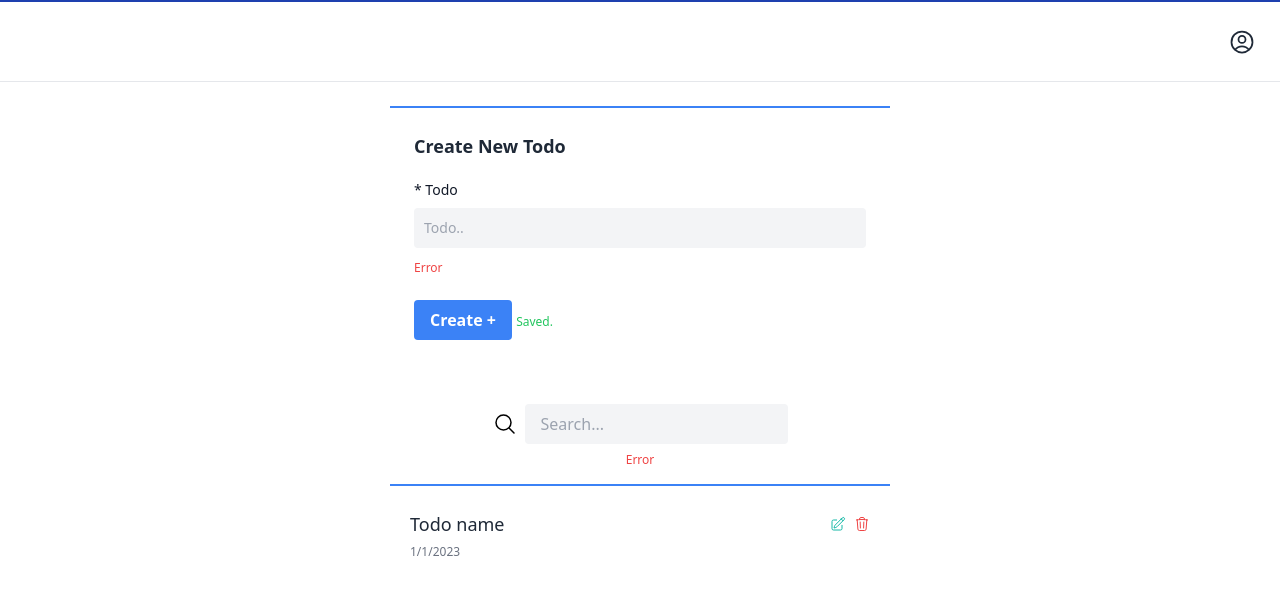
Repository: AyushMahatara/Livewire-todolist
Page: http://localhost/
An editor plug-in stored every save of this project. The page is shown before and after the next save, followed by the edit.
The browser window is 1280 px wide. The pictures show the whole page.
Some web libraries are served in a nearby version. The page is served by the project's Laravel application, run on PHP 8.4 with Laravel 10. Other server files are loaded and not shown.

Above is the page before, as saved 2024-03-03 19:06:51.

### resources/views/welcome.blade.php
<!DOCTYPE html>
<html lang="en">

<head>
    <meta charset="UTF-8">
    <meta name="viewport" content="width=device-width, initial-scale=1.0">
    <title>Todo App template</title>

    <script src="https://cdn.tailwindcss.com"></script>
</head>

<body>
    <div id="head" class="flex border-blue-800 border-t-2">
        <div class="w-full">
            <header class="flex bg-white justify-between h-20 border-b border-b-gray-200 items-center px-6">
                <div id="left-header" class="">
                </div>
                <div id="right-header" class="text-gray-800 hover:text-gray-600 space-x-3">
                    <svg xmlns="http://www.w3.org/2000/svg" fill="none" viewBox="0 0 24 24" stroke-width="1.5"
                        stroke="currentColor" class="w-7 h-7">
                        <path stroke-linecap="round" stroke-linejoin="round"
                            d="M17.982 18.725A7.488 7.488 0 0012 15.75a7.488 7.488 0 00-5.982 2.975m11.963 0a9 9 0 10-11.963 0m11.963 0A8.966 8.966 0 0112 21a8.966 8.966 0 01-5.982-2.275M15 9.75a3 3 0 11-6 0 3 3 0 016 0z" />
                    </svg>
                </div>
            </header>
        </div>
    </div>
    <div id="content" class="mx-auto" style="max-width:500px;">
        <div class="container content py-6 mx-auto">
            <div class="mx-auto">
                <div id="create-form" class="hover:shadow p-6 bg-white border-blue-500 border-t-2">
                    <div class="flex ">
                        <h2 class="font-semibold text-lg text-gray-800 mb-5">Create New Todo</h2>
                    </div>
                    <div>
                        <form>
                            <div class="mb-6">
                                <label for="title"
                                    class="block mb-2 text-sm font-medium text-gray-900 dark:text-white">*
                                    Todo </label>
                                <input type="text" id="title" placeholder="Todo.."
                                    class="bg-gray-100  text-gray-900 text-sm rounded block w-full p-2.5">

                                <span class="text-red-500 text-xs mt-3 block ">Error</span>

                            </div>
                            <button type="submit"
                                class="px-4 py-2 bg-blue-500 text-white font-semibold rounded hover:bg-blue-600">Create
                                +</button>
                            <span class="text-green-500 text-xs">Saved.</span>

                        </form>
                    </div>
                </div>
            </div>
        </div>
        <div id="search-box" class="flex flex-col items-center px-2 my-4 justify-center">
            <div class="flex justify-center items-center">
                <svg xmlns="http://www.w3.org/2000/svg" fill="none" viewBox="0 0 24 24" stroke-width="1.5"
                    stroke="currentColor" class="w-6 h-6">
                    <path stroke-linecap="round" stroke-linejoin="round"
                        d="M21 21l-5.197-5.197m0 0A7.5 7.5 0 105.196 5.196a7.5 7.5 0 0010.607 10.607z" />
                </svg>
                <input type="text" placeholder="Search..."
                    class="bg-gray-100 ml-2 rounded px-4 py-2 hover:bg-gray-100" />
            </div>
            <span class="text-red-500 text-xs block mt-2">Error</span>

        </div>
        <div id="todos-list">
            <div class="todo mb-5 card px-5 py-6 bg-white col-span-1 border-t-2 border-blue-500 hover:shadow">
                <div class="flex justify-between space-x-2">

                    <!-- <input type="text" placeholder="Todo.."
                                class="bg-gray-100  text-gray-900 text-sm rounded block w-full p-2.5"
                                value="Todo Name">

                                <span class="text-red-500 text-xs block">error</span> -->

                    <h3 class="text-lg text-semibold text-gray-800">Todo name</h3>



                    <div class="flex items-center space-x-2">
                        <button class="text-sm text-teal-500 font-semibold rounded hover:text-teal-800">
                            <svg xmlns="http://www.w3.org/2000/svg" fill="none" viewBox="0 0 24 24" stroke-width="1.5"
                                stroke="currentColor" class="w-4 h-4">
                                <path stroke-linecap="round" stroke-linejoin="round"
                                    d="M16.862 4.487l1.687-1.688a1.875 1.875 0 112.652 2.652L10.582 16.07a4.5 4.5 0 01-1.897 1.13L6 18l.8-2.685a4.5 4.5 0 011.13-1.897l8.932-8.931zm0 0L19.5 7.125M18 14v4.75A2.25 2.25 0 0115.75 21H5.25A2.25 2.25 0 013 18.75V8.25A2.25 2.25 0 015.25 6H10" />
                            </svg>
                        </button>
                        <button class="text-sm text-red-500 font-semibold rounded hover:text-teal-800 mr-1">
                            <svg xmlns="http://www.w3.org/2000/svg" fill="none" viewBox="0 0 24 24" stroke-width="1.5"
                                stroke="currentColor" class="w-4 h-4">
                                <path stroke-linecap="round" stroke-linejoin="round"
                                    d="M14.74 9l-.346 9m-4.788 0L9.26 9m9.968-3.21c.342.052.682.107 1.022.166m-1.022-.165L18.16 19.673a2.25 2.25 0 01-2.244 2.077H8.084a2.25 2.25 0 01-2.244-2.077L4.772 5.79m14.456 0a48.108 48.108 0 00-3.478-.397m-12 .562c.34-.059.68-.114 1.022-.165m0 0a48.11 48.11 0 013.478-.397m7.5 0v-.916c0-1.18-.91-2.164-2.09-2.201a51.964 51.964 0 00-3.32 0c-1.18.037-2.09 1.022-2.09 2.201v.916m7.5 0a48.667 48.667 0 00-7.5 0" />
                            </svg>
                        </button>
                    </div>
                </div>
                <span class="text-xs text-gray-500"> 1/1/2023 </span>
                <div class="mt-3 text-xs text-gray-700">
                    <!--
                            <button
                                class="mt-3 px-4 py-2 bg-teal-500 text-white font-semibold rounded hover:bg-teal-600">Update</button>
                            <button
                                class="mt-3 px-4 py-2 bg-red-500 text-white font-semibold rounded hover:bg-red-600">Cancel</button> -->

                </div>
            </div>

            <div class="my-2">
                <!-- Pagination goes here -->
            </div>
        </div>
    </div>

</body>

</html>

Loaded but not shown: routes/web.php (common file)

After the next save:
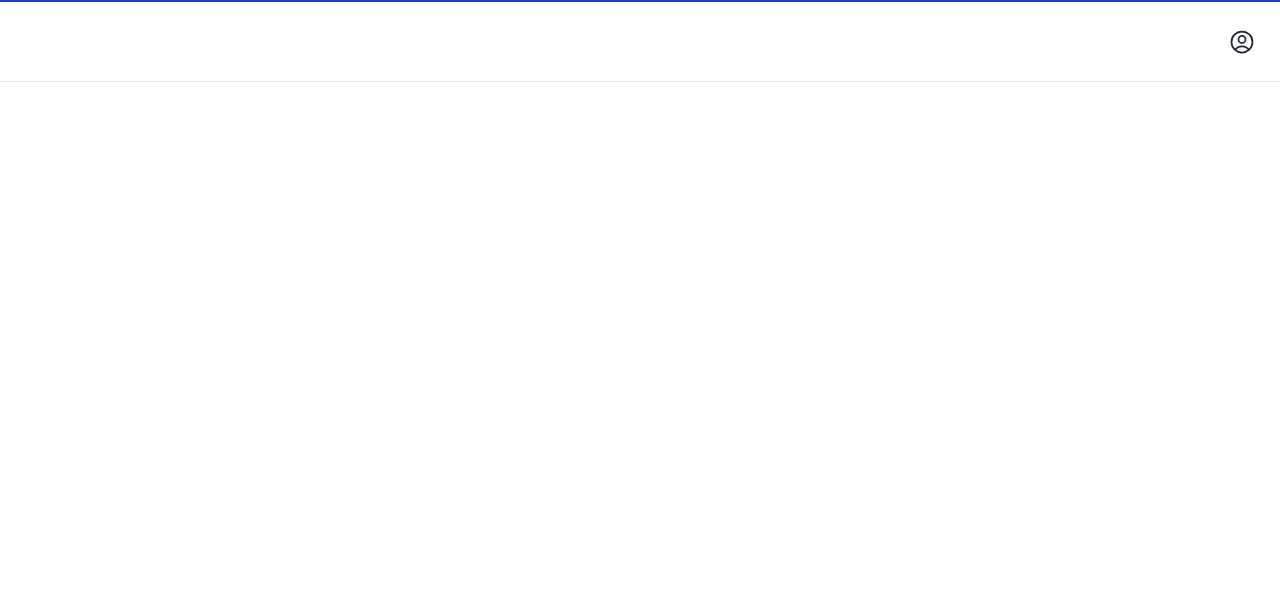
Saved 60 s later.
--- a/resources/views/welcome.blade.php
+++ b/resources/views/welcome.blade.php
@@ -26,93 +26,7 @@
         </div>
     </div>
     <div id="content" class="mx-auto" style="max-width:500px;">
-        <div class="container content py-6 mx-auto">
-            <div class="mx-auto">
-                <div id="create-form" class="hover:shadow p-6 bg-white border-blue-500 border-t-2">
-                    <div class="flex ">
-                        <h2 class="font-semibold text-lg text-gray-800 mb-5">Create New Todo</h2>
-                    </div>
-                    <div>
-                        <form>
-                            <div class="mb-6">
-                                <label for="title"
-                                    class="block mb-2 text-sm font-medium text-gray-900 dark:text-white">*
-                                    Todo </label>
-                                <input type="text" id="title" placeholder="Todo.."
-                                    class="bg-gray-100  text-gray-900 text-sm rounded block w-full p-2.5">
 
-                                <span class="text-red-500 text-xs mt-3 block ">Error</span>
-
-                            </div>
-                            <button type="submit"
-                                class="px-4 py-2 bg-blue-500 text-white font-semibold rounded hover:bg-blue-600">Create
-                                +</button>
-                            <span class="text-green-500 text-xs">Saved.</span>
-
-                        </form>
-                    </div>
-                </div>
-            </div>
-        </div>
-        <div id="search-box" class="flex flex-col items-center px-2 my-4 justify-center">
-            <div class="flex justify-center items-center">
-                <svg xmlns="http://www.w3.org/2000/svg" fill="none" viewBox="0 0 24 24" stroke-width="1.5"
-                    stroke="currentColor" class="w-6 h-6">
-                    <path stroke-linecap="round" stroke-linejoin="round"
-                        d="M21 21l-5.197-5.197m0 0A7.5 7.5 0 105.196 5.196a7.5 7.5 0 0010.607 10.607z" />
-                </svg>
-                <input type="text" placeholder="Search..."
-                    class="bg-gray-100 ml-2 rounded px-4 py-2 hover:bg-gray-100" />
-            </div>
-            <span class="text-red-500 text-xs block mt-2">Error</span>
-
-        </div>
-        <div id="todos-list">
-            <div class="todo mb-5 card px-5 py-6 bg-white col-span-1 border-t-2 border-blue-500 hover:shadow">
-                <div class="flex justify-between space-x-2">
-
-                    <!-- <input type="text" placeholder="Todo.."
-                                class="bg-gray-100  text-gray-900 text-sm rounded block w-full p-2.5"
-                                value="Todo Name">
-
-                                <span class="text-red-500 text-xs block">error</span> -->
-
-                    <h3 class="text-lg text-semibold text-gray-800">Todo name</h3>
-
-
-
-                    <div class="flex items-center space-x-2">
-                        <button class="text-sm text-teal-500 font-semibold rounded hover:text-teal-800">
-                            <svg xmlns="http://www.w3.org/2000/svg" fill="none" viewBox="0 0 24 24" stroke-width="1.5"
-                                stroke="currentColor" class="w-4 h-4">
-                                <path stroke-linecap="round" stroke-linejoin="round"
-                                    d="M16.862 4.487l1.687-1.688a1.875 1.875 0 112.652 2.652L10.582 16.07a4.5 4.5 0 01-1.897 1.13L6 18l.8-2.685a4.5 4.5 0 011.13-1.897l8.932-8.931zm0 0L19.5 7.125M18 14v4.75A2.25 2.25 0 0115.75 21H5.25A2.25 2.25 0 013 18.75V8.25A2.25 2.25 0 015.25 6H10" />
-                            </svg>
-                        </button>
-                        <button class="text-sm text-red-500 font-semibold rounded hover:text-teal-800 mr-1">
-                            <svg xmlns="http://www.w3.org/2000/svg" fill="none" viewBox="0 0 24 24" stroke-width="1.5"
-                                stroke="currentColor" class="w-4 h-4">
-                                <path stroke-linecap="round" stroke-linejoin="round"
-                                    d="M14.74 9l-.346 9m-4.788 0L9.26 9m9.968-3.21c.342.052.682.107 1.022.166m-1.022-.165L18.16 19.673a2.25 2.25 0 01-2.244 2.077H8.084a2.25 2.25 0 01-2.244-2.077L4.772 5.79m14.456 0a48.108 48.108 0 00-3.478-.397m-12 .562c.34-.059.68-.114 1.022-.165m0 0a48.11 48.11 0 013.478-.397m7.5 0v-.916c0-1.18-.91-2.164-2.09-2.201a51.964 51.964 0 00-3.32 0c-1.18.037-2.09 1.022-2.09 2.201v.916m7.5 0a48.667 48.667 0 00-7.5 0" />
-                            </svg>
-                        </button>
-                    </div>
-                </div>
-                <span class="text-xs text-gray-500"> 1/1/2023 </span>
-                <div class="mt-3 text-xs text-gray-700">
-                    <!--
-                            <button
-                                class="mt-3 px-4 py-2 bg-teal-500 text-white font-semibold rounded hover:bg-teal-600">Update</button>
-                            <button
-                                class="mt-3 px-4 py-2 bg-red-500 text-white font-semibold rounded hover:bg-red-600">Cancel</button> -->
-
-                </div>
-            </div>
-
-            <div class="my-2">
-                <!-- Pagination goes here -->
-            </div>
-        </div>
     </div>
 
 </body>
